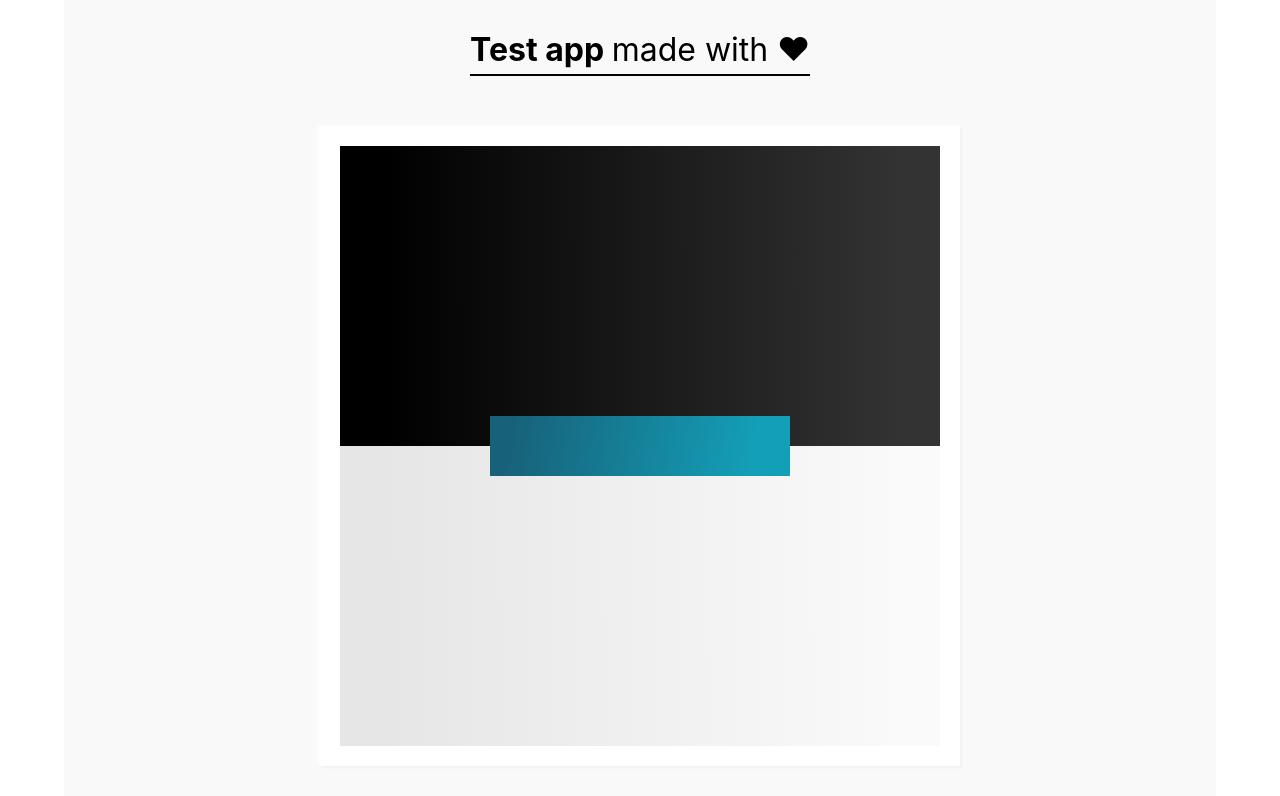
Repository: Khattak01/test-app
Page: /
These files come from the project's save history. The page is drawn as it stood at one moment and after the next save; the edit follows.
The browser window is 1280 px wide. The pictures show the whole page.
The project was rebuilt for these pictures with package versions that can differ from the ones it lists, and the page was loaded fresh each time.

Above is the page before, as saved 2021-05-12 08:07:32.

After the next save:
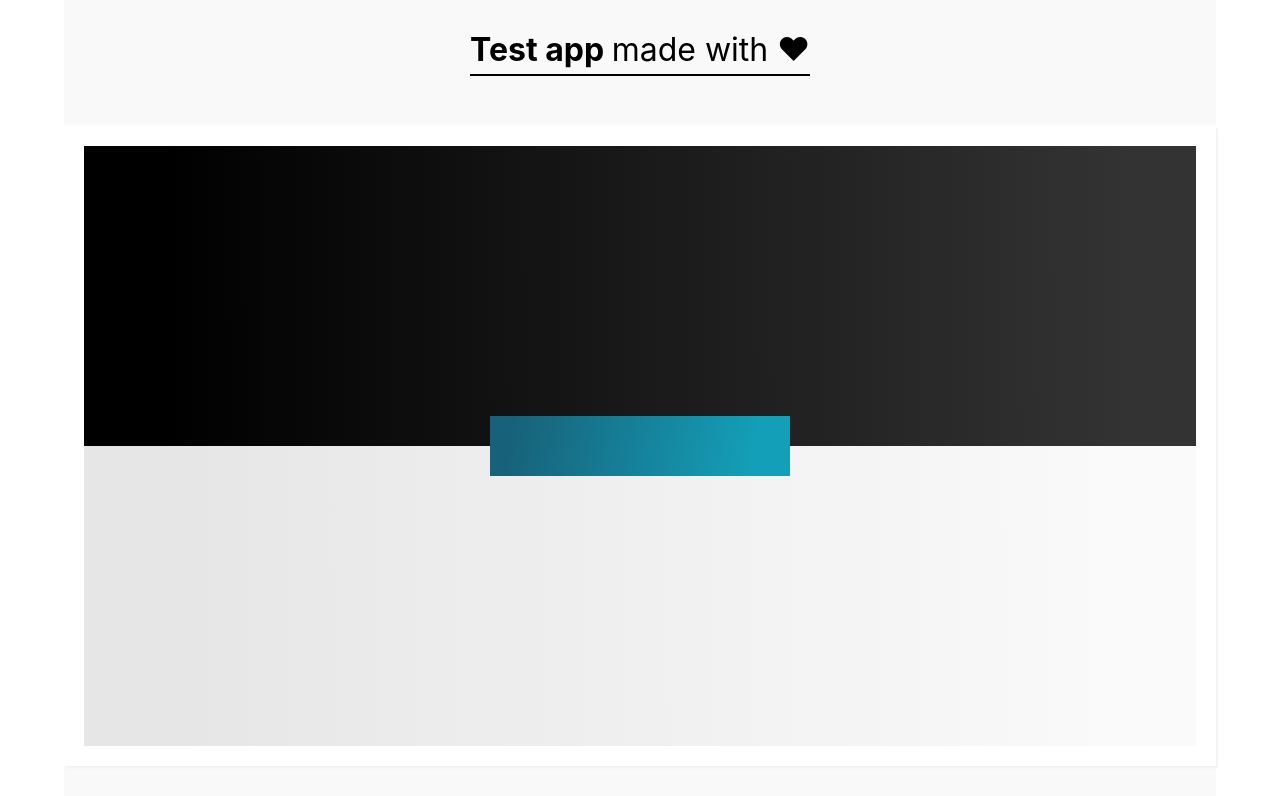
Saved 14 s later.
--- a/src/components/banner/Banner.module.css
+++ b/src/components/banner/Banner.module.css
@@ -1,7 +1,6 @@
 .banner {
   width: 100%;
-  max-width: 40rem;
-  min-width: 50vh;
+  max-width: 80rem;
   /* border: 1px solid black; */
   margin: auto auto;
   padding: 20px;
